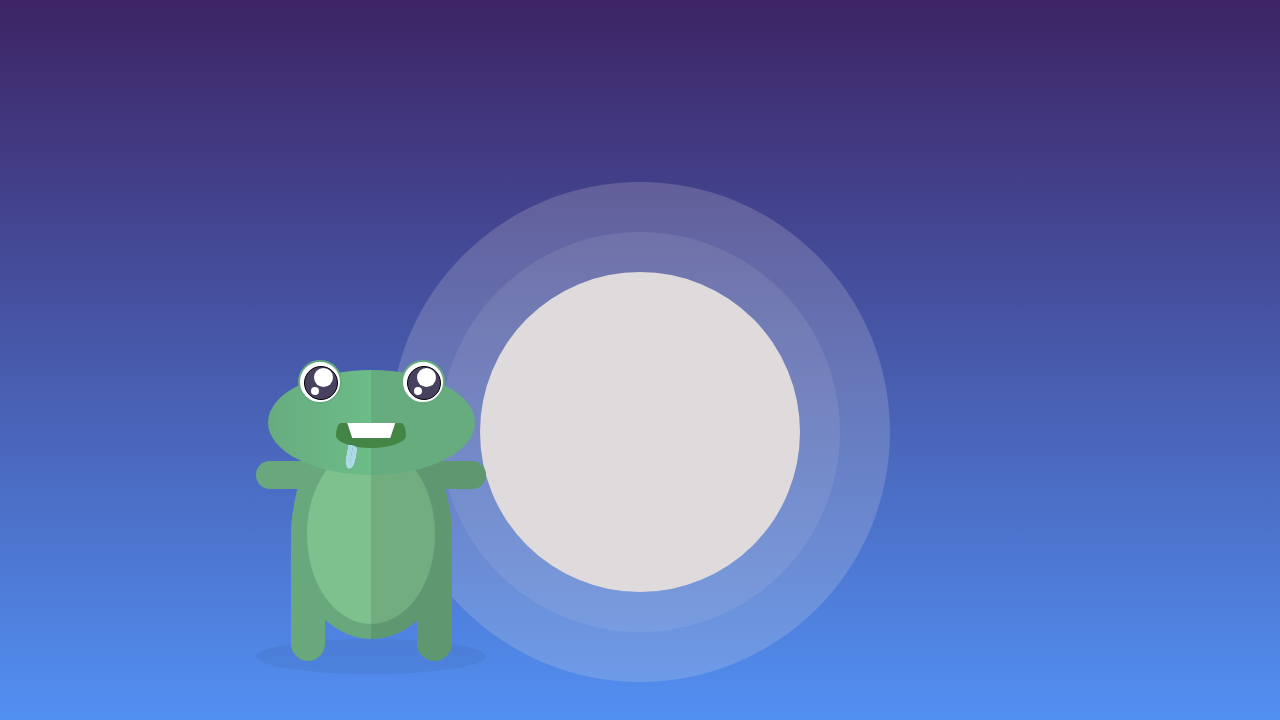
Repository: celinakhalife/cssCharacterDesign
Page: /
These files come from the project's save history. The page is drawn as it stood at one moment and after the next save; the edit follows.
The browser window is 1280 px wide. The pictures show the whole page.
The project was rebuilt for these pictures with package versions that can differ from the ones it lists, and the page was loaded fresh each time. Also part of the build but not shown: angular.json.

Above is the page before, as saved 2018-10-21 13:10:46.

### src/index.html
<!doctype html>
<html lang="en">
<head>
  <meta charset="utf-8">
  <title>AnimalKingdom</title>
  <base href="/">

  <meta name="viewport" content="width=device-width, initial-scale=1">
  <link rel="icon" type="image/x-icon" href="favicon.ico">
</head>
<body>
  <app-root></app-root>
</body>
</html>

### src/styles.scss
/* You can add global styles to this file, and also import other style files */
body, html{
    width:100%;
    height: 100%;
    padding:0;
    margin:0;
}

### src/app/app.component.ts
import { Component } from '@angular/core';

@Component({
  selector: 'app-root',
  templateUrl: './app.component.html',
  styleUrls: ['./app.component.scss']
})
export class AppComponent {
  title = 'animalKingdom';
}

### src/app/alien/alien.component.ts
import { Component, OnInit } from '@angular/core';

@Component({
  selector: 'app-alien',
  templateUrl: './alien.component.html',
  styleUrls: ['./alien.component.scss']
})
export class AlienComponent implements OnInit {

  constructor() { }

  ngOnInit() {
  }

}

### src/app/app.component.html
<div class="background">
  <div class="planet">
    <div class="circle-2">
      <div class="circle-1">
      </div>

    </div>

  </div>
</div>

<app-alien></app-alien>

### src/app/app.component.scss
.background {
  background: rgb(61, 36, 101); /* Old browsers */
  background: -moz-linear-gradient(
    top,
    rgba(61, 36, 101, 1) 0%,
    rgba(82, 144, 242, 1) 100%
  ); /* FF3.6-15 */
  background: -webkit-linear-gradient(
    top,
    rgba(61, 36, 101, 1) 0%,
    rgba(82, 144, 242, 1) 100%
  ); /* Chrome10-25,Safari5.1-6 */
  background: linear-gradient(
    to bottom,
    rgba(61, 36, 101, 1) 0%,
    rgba(82, 144, 242, 1) 100%
  ); /* W3C, IE10+, FF16+, Chrome26+, Opera12+, Safari7+ */
  filter: progid:DXImageTransform.Microsoft.gradient( startColorstr='#3d2465', endColorstr='#5290f2',GradientType=0 ); /* IE6-9 */
  width: 100%;
  height: 100%;
  overflow: hidden;
  .planet {
    width: 80vw;
    height: 80vw;
    max-width: 500px;
    max-height: 500px;
    background-color: rgba(223, 219, 220, 0.2);
    border-radius: 50%;
    position: absolute;
    top: 60%;
    left: 50%;
    transform: translate(-50%, -50%);

    .circle-2,
    .circle-1 {
      width: 80%;
      height: 80%;
      border-radius: 50%;
      margin-top: 10%;
      margin-left: 10%;
      display: inline-block;
    }

    .circle-2 {
      background-color: rgba(223, 219, 220, 0.1);
      .circle-1 {
        background-color: rgb(223, 219, 220);
      }
    }
  }
}

### src/app/alien/alien.component.html
<div class="monster">
  <div class="head roundShape">
    <div class="eyes roundShape left">
      <div class="eyeball roundShape">
        <div class="cirleBig roundShape"></div>
        <div class="cirleSmall roundShape"></div>
      </div>
    </div>
    <div class="eyes roundShape right">
      <div class="eyeball roundShape">
        <div class="cirleBig roundShape"></div>
        <div class="cirleSmall roundShape"></div>
      </div>
    </div>
    <div class="mouth">
      <div class="teeth"></div>
      <div class="drool"></div>
    </div>
  </div>
  <div class="body">
    <div class="belly roundShape"></div>
    <div class="darkOverlay"></div>
  </div>
  <div class="hand right"></div>
  <div class="hand left"></div>

  <div class="feet right"></div>
  <div class="feet left"></div>

  <div class="shadow"></div>
</div>

### src/app/alien/alien.component.scss
.roundShape {
  border-radius: 50%;
}

.monster {
  position: absolute;
  left: 20%;
  bottom: 0;
  width: 230px;
  height: 350px;

  .head {
    /* Permalink - use to edit and share this gradient: http://colorzilla.com/gradient-editor/#67ac7f+0,6cbc87+50,67ac7f+50,67ac7f+100 */
    background: rgb(103, 172, 127); /* Old browsers */
    background: -moz-linear-gradient(
      left,
      rgba(103, 172, 127, 1) 0%,
      rgba(108, 188, 135, 1) 50%,
      rgba(103, 172, 127, 1) 50%,
      rgba(103, 172, 127, 1) 100%
    ); /* FF3.6-15 */
    background: -webkit-linear-gradient(
      left,
      rgba(103, 172, 127, 1) 0%,
      rgba(108, 188, 135, 1) 50%,
      rgba(103, 172, 127, 1) 50%,
      rgba(103, 172, 127, 1) 100%
    ); /* Chrome10-25,Safari5.1-6 */
    background: linear-gradient(
      to right,
      rgba(103, 172, 127, 1) 0%,
      rgba(108, 188, 135, 1) 50%,
      rgba(103, 172, 127, 1) 50%,
      rgba(103, 172, 127, 1) 100%
    ); /* W3C, IE10+, FF16+, Chrome26+, Opera12+, Safari7+ */
    filter: progid:DXImageTransform.Microsoft.gradient( startColorstr='#67ac7f', endColorstr='#67ac7f',GradientType=1 ); /* IE6-9 */
    width: 90%;
    margin-left: 5%;
    height: 30%;
    z-index: 2;
    position: relative;
    > .darkOverlay {
      border-radius: 50% / 0 50% 50% 0;
    }
    .eyes {
      position: absolute;
      background: white;
      border: 2px solid #66ab7f;
      top: -10px;
      top: -10%;
      width: 40px;
      height: 40px;

      &.left {
        left: 30px;
      }
      &.right {
        right: 30px;
      }

      .eyeball {
        width: 80%;
        height: 80%;
        background: #484160;
        border: 1px solid black;
        position: absolute;
        top: 10%;
        left: 5%;
        animation: eyesAnimation ease infinite 4s; /* IE 10+, Fx 29+ */

        .cirleBig,
        .cirleSmall {
          background: white;
        }
        .cirleBig {
          width: 60%;
          height: 60%;
          margin: 5% 0% 0% 10%;
          animation: eyesCircleBigAnimation ease infinite 4s; /* IE 10+, Fx 29+ */
        }
        .cirleSmall {
          width: 25%;
          height: 25%;
          margin: 0 0% 0 45%;
          animation: eyesCircleSmallAnimation ease infinite 4s; /* IE 10+, Fx 29+ */
        }
      }
    }
    .mouth {
      width: 50px;
      height: 5px;
      border-width: 10px;
      border-color: #448444;
      background: #448444;
      border-radius: 5px 5px 50% 50% / 50% 50% 50% 50%;
      border-style: solid;
      position: absolute;
      top: 50%;
      left: 50%;
      transform: translateX(-50%);
      animation: mouthAnimation ease infinite 10s;

      .teeth {
        width: 75%;
        height: 0;
        border-left: 5px solid transparent;
        border-right: 5px solid transparent;
        border-bottom: 1px solid transparent;
        border-top: 15px solid white;
        border-style: solid;
        position: relative;
        top: -10px;
        left: 50%;
        transform: translateX(-50%);
        animation: teethAnimation ease infinite 10s;
      }

      .drool {
        border-color: lightblue;
        border-style: solid;
        width: 0;
        height: 0;
        border-width: 0px 5px 6px 5px;
        position: absolute;
        top: 12px;
        transform: rotate(10deg);
        border-radius: 0% 50% 50% 50% / 20% 20% 50% 50%;
        animation: droolingAnimation ease infinite 10s;
      }
    }
  }
  .body {
    height: 60%;
    margin-top: -20%;
    background: #69a87d;
    width: 70%;
    margin-left: 15%;
    overflow: hidden;
    z-index: 1;
    position: relative;
    border-radius: 50%;

    .darkOverlay {
      background: rgba(0, 0, 0, 0.1);
      width: 50%;
      height: 100%;
      position: absolute;
      left: 50%;
      top: 0;
    }
    .belly {
      width: 80%;
      height: 85%;
      margin: 10% 0 0 10%;
      background: #7fc08f;
      display: inline-block;
    }
  }
  .hand {
    width: 50%;
    background: #69a87d;
    height: 8%;
    border-radius: 20px;
    position: absolute;
    top: 26%;
    z-index: 0;
    &.left {
      left: 0;
    }
    &.right {
      background: #5e9770;
      right: 0;
      animation: helloAnimation ease 0.3s 5; /* IE 10+, Fx 29+ */
    }
  }
  .feet {
    width: 15%;
    background: #69a87d;
    height: 53%;
    position: absolute;
    top: 30%;
    z-index: 0;
    &.left {
      left: 15%;
      border-radius: 50% 50% 20px 20px;
    }
    &.right {
      background: #5e9770;
      right: 15%;
      border-radius: 50% 50% 20px 20px;
    }
  }
  .shadow {
    background: rgba(0, 0, 0, 0.05);
    width: 100%;
    height: 10%;
    border-radius: 50%;
    z-index: 0;
  }
}

@-webkit-keyframes eyesAnimation {
  0% {
    top: 10%;
    left: 5%;
  }
  25% {
    top: 10%;
    left: 10%;
  }
  50% {
    top: 10%;
    left: 5%;
  }
}

@-webkit-keyframes eyesCircleBigAnimation {
  0% {
    margin: 5% 0% 0% 10%;
  }
  25% {
    margin: 5% 0% 0% 30%;
  }
  50% {
    margin: 5% 0% 0% 10%;
  }
}
@-webkit-keyframes eyesCircleSmallAnimation {
  0% {
    margin: 0% 0% 0% 45%;
  }
  25% {
    margin: 0% 0% 0% 20%;
  }
  50% {
    margin: 0% 0% 0% 45%;
  }
}

@-webkit-keyframes droolingAnimation {
  75% {
    height: 20px;
    top: 12px;
  }
  80% {
    height: 0px;
    top: 8px;
  }
  85% {
    top: 12px;
  }
}

@-webkit-keyframes mouthAnimation {
  75% {
    height: 5px;
    border-left-width: 10px;
    border-right-width: 10px;
  }
  80% {
    height: 0;
    border-left-width: 5px;
    border-right-width: 5px;
  }
  85% {
    height: 5px;
    border-left-width: 10px;
    border-right-width: 10px;
  }
}

@-webkit-keyframes teethAnimation {
  75% {
    width: 75%;
  }
  80% {
    width: 70%;
  }
  85% {
    width: 75%;
  }
}

@-webkit-keyframes helloAnimation {
  10% {
    transform: rotate(0deg);
  }
  50% {
    transform: rotate(-15deg);
  }
  100% {
    transform: rotate(0deg);
  }
}

Loaded but not shown: src/main.ts (common file); src/app/app.module.ts (common file); src/environments/environment.ts (common file)

After the next save:
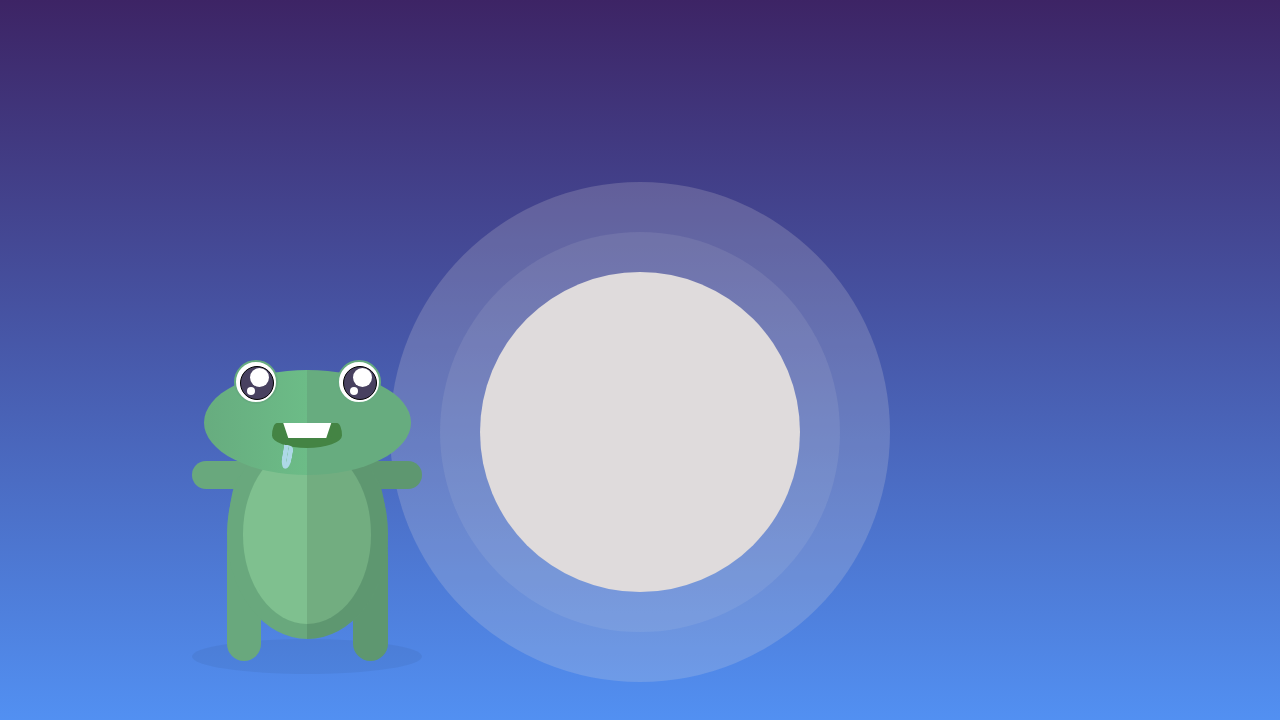
Saved 9 s later.
--- a/src/app/alien/alien.component.scss
+++ b/src/app/alien/alien.component.scss
@@ -4,7 +4,7 @@
 
 .monster {
   position: absolute;
-  left: 20%;
+  left: 15%;
   bottom: 0;
   width: 230px;
   height: 350px;
